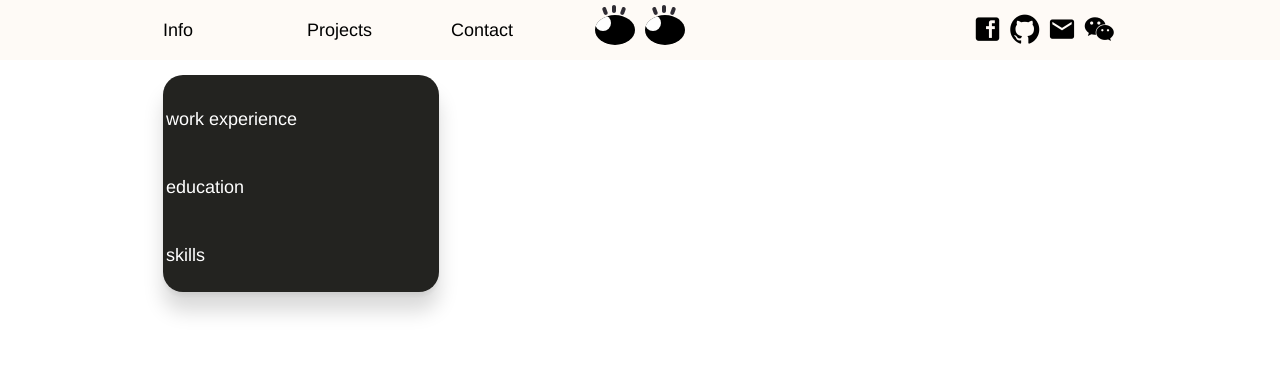
Repository: jinghuai8092/personal_website
Page: /
An editor plug-in stored every save of this project. The page is shown before and after a run of saves, followed by the edit.
The browser window is 1280 px wide. The pictures show the whole page.
The project was rebuilt for these pictures with package versions that can differ from the ones it lists, and the page was loaded fresh each time.

Above is the page before, as saved 2021-09-09 22:37:55.

After the next 2 saves:
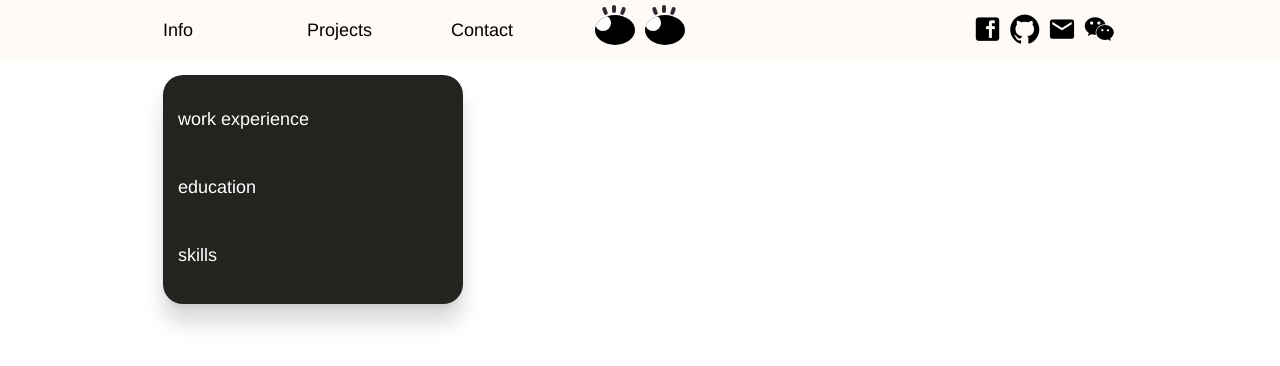
The 2 saves are shown as one change because they came seconds apart.
The last was saved 8 s later.
--- a/src/common/header/header.module.css
+++ b/src/common/header/header.module.css
@@ -85,7 +85,7 @@
 .infoMenu>ul{
     list-style-type: none;
     margin: 0;
-    padding: 10px 3px 3px;
+    padding: 10px 15px 15px;
     background: #232320;
     box-shadow: 0 4px 4px rgb(0 0 0 / 6%), 0 19px 20px rgb(0 0 0 / 15%);
     border-radius: 20px;
